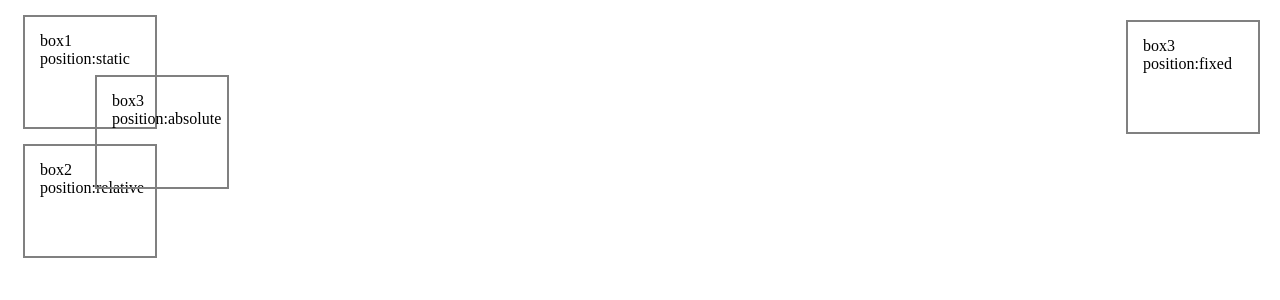
Repository: yeonddu/green_css
Page: web/pro01/songyeonsu/layout2.html
These files come from the project's save history. The page is drawn as it stood at one moment and after the next save; the edit follows.
The browser window is 1280 px wide. The pictures show the whole page.

Above is the page before, as saved 2022-12-13 08:10:24.

### web/pro01/songyeonsu/layout2.html
<!DOCTYPE html>
<html>
<head>
<meta charset="EUC-KR">
<title>Insert title here</title>
<style>
	div {
		width:100px;
		height:80px;
		margin:15px;
		padding:15px;
		border:2px solid gray;
	}
	.box1 {
		position:static;
		left:20px;
		top:200px;
	}
	.box2 {
		position:relative;
	}
	.box3 {
		position:absolute;
		left:80px;
		top:60px;
	}
	.box4 {
		position:fixed;
		top:5px;
		right:5px;
	}
</style>
</head>
<body>

	<div class="box1">box1 position:static</div>
	<div class="box2">box2 position:relative</div>
	<div class="box3">box3 position:absolute</div>
	<div class="box4">box3 position:fixed</div>
</body>
</html>

After the next save:
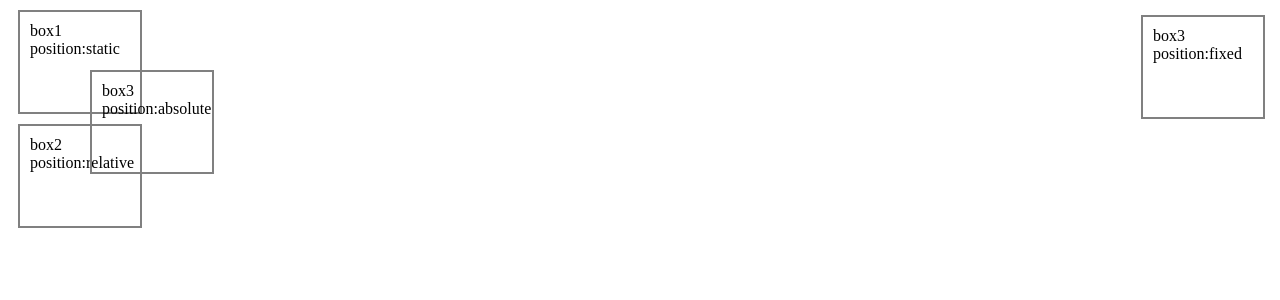
Saved 18 s later.
--- a/web/pro01/songyeonsu/layout2.html
+++ b/web/pro01/songyeonsu/layout2.html
@@ -7,8 +7,8 @@
 	div {
 		width:100px;
 		height:80px;
-		margin:15px;
-		padding:15px;
+		margin:10px;
+		padding:10px;
 		border:2px solid gray;
 	}
 	.box1 {

After the save that followed:
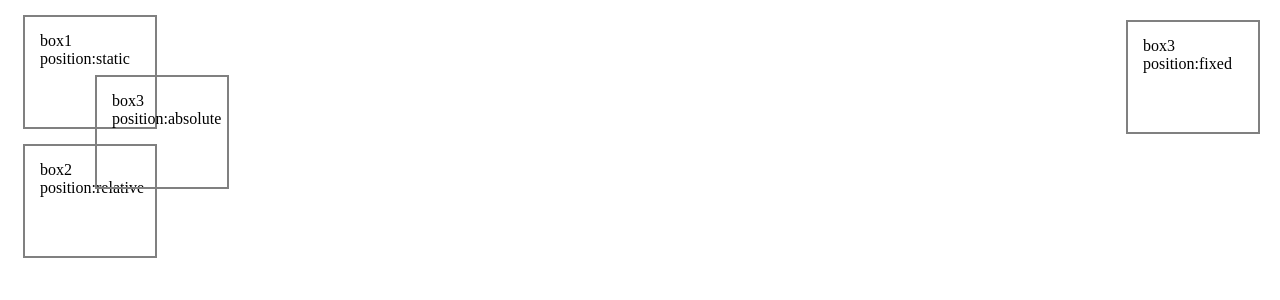
Saved 6 s later.
--- a/web/pro01/songyeonsu/layout2.html
+++ b/web/pro01/songyeonsu/layout2.html
@@ -7,8 +7,8 @@
 	div {
 		width:100px;
 		height:80px;
-		margin:10px;
-		padding:10px;
+		margin:15px;
+		padding:15px;
 		border:2px solid gray;
 	}
 	.box1 {
